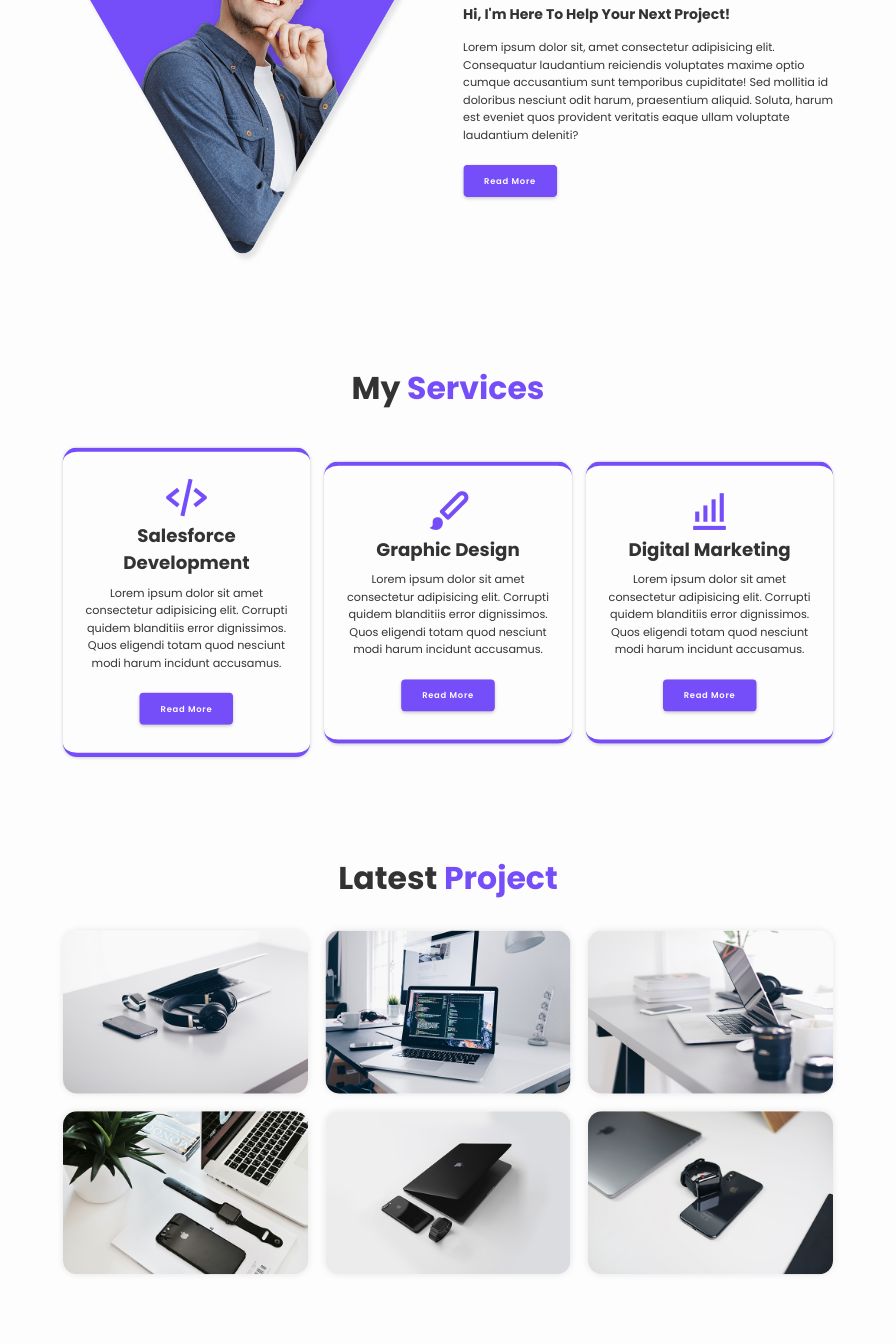
Repository: Gabi-Augusto/Portfolio
Page: index.html
The author's editor kept a copy of each file at every save. The page is drawn from the files as they stood at one save, then again after the next save.
The browser window is 1280 px wide. The pictures show the part of the page from y = 989 to 2909 px (the page is 2909 px tall), at 70% of full size.
The pointer rests on the first visible `.portfolio-box`.

Above is the page before, as saved 2023-11-29 19:23:45.

### index.html
<!DOCTYPE html>
<html lang="en">

<head>
    <meta charset="UTF-8">
    <meta http-equiv="X-UA-Compatible" content="IE=edge">
    <meta name="viewport" content="width=device-width, initial-scale=1.0">
    <title>Portfolio Website Design | Gabriela Augusto</title>

    <!-- swiper css -->
    <link rel="stylesheet" href="https://cdn.jsdelivr.net/npm/swiper@9/swiper-bundle.min.css" />

    <!-- box icons -->
    <link href='https://unpkg.com/boxicons@2.1.4/css/boxicons.min.css' rel='stylesheet'>

    <!-- custom css -->
    <link rel="stylesheet" href="css/style.css">
</head>

<body>

    <!-- header design -->
    <header class="header">
        <a href="#" class="logo">Portfolio.</a>

        <nav class="navbar">
            <a href="#home" class="active">Home</a>
            <a href="#about">About</a>
            <a href="#services">Services</a>
            <a href="#portfolio">Portfolio</a>
            <a href="#contact">Contact</a>
        </nav>

        <div class="bx bx-moon" id="darkMode-icon"></div>
    </header>

    <!-- home section design -->
    <section class="home" id="home">
        <div class="home-content">
            <h3>Hello, I am</h3>
            <h1>Gabriela Augusto</h1>
            <p>Lorem ipsum, dolor sit amet consectetur adipisicing elit. Veritatis sequi amet numquam sunt eius quae deleniti dolore voluptatum.</p>

            <div class="social-media">
                <a href="#"><i class='bx bxl-instagram-alt'></i></a>
                <a href="#"><i class='bx bxl-linkedin' ></i></a>
                <a href="#"><i class='bx bxl-github' ></i></a>
            </div>

            <a href="#" class="btn">Download CV</a>
        </div>

        <div class="profession-container">
            <div class="profession-box">
                <div class="profession" style="--i:0;">
                    <i class='bx bx-cloud'></i>
                    <h3>Salesforce Developer</h3>
                </div>
                <div class="profession" style="--i:1;">
                    <i class='bx bx-bulb'></i>
                    <h3>Business Analyst</h3>
                </div>
                <div class="profession" style="--i:2;">
                    <i class='bx bx-palette'></i>
                    <h3>Web Designer</h3>
                </div>
                <div class="profession" style="--i:3;">
                    <i class='bx bx-code-alt' ></i>
                    <h3>FullStack Developer</h3>
                </div>
                <div class="circle"></div>
            </div>
            <div class="overlay"></div>
        </div>
        <div class="home-img">
            <img src="imagens/home.png" alt="">
        </div>
    </section>

    <!-- about section design -->

    <section class="about" id="about">
        <div class="about-img">
            <img src="imagens/about.png" alt="">
        </div>

        <div class="about-content">
            <h2 class="heading">About <span>Me</span></h2>
            <h3>Hi, I'm Here To Help Your Next Project!</h3>
            <p>Lorem ipsum dolor sit, amet consectetur adipisicing elit. Consequatur laudantium reiciendis voluptates maxime optio cumque accusantium sunt temporibus cupiditate! Sed mollitia id doloribus nesciunt odit harum, praesentium aliquid. Soluta, harum est eveniet quos provident veritatis eaque ullam voluptate laudantium deleniti?</p>
            <a href="#" class="btn">Read More</a>
        </div>
    </section>

    <!-- services section design -->

    <section class="services" id="services">
        <h2 class="heading">My <span>Services</span></h2>

        <div class="services-container">
            <div class="services-box">
                <i class='bx bx-code-alt' ></i>
                <h3>Salesforce Development</h3>
                <p>Lorem ipsum dolor sit amet consectetur adipisicing elit. Corrupti quidem blanditiis error dignissimos. Quos eligendi totam quod nesciunt modi harum incidunt accusamus.</p>
                <a href="#" class="btn">Read More</a>
            </div>
            <div class="services-box">
                <i class='bx bxs-paint'></i>
                <h3>Graphic Design</h3>
                <p>Lorem ipsum dolor sit amet consectetur adipisicing elit. Corrupti quidem blanditiis error dignissimos. Quos eligendi totam quod nesciunt modi harum incidunt accusamus.</p>
                <a href="#" class="btn">Read More</a>
            </div>
            <div class="services-box">
                <i class='bx bx-bar-chart-alt'></i>
                <h3>Digital Marketing</h3>
                <p>Lorem ipsum dolor sit amet consectetur adipisicing elit. Corrupti quidem blanditiis error dignissimos. Quos eligendi totam quod nesciunt modi harum incidunt accusamus.</p>
                <a href="#" class="btn">Read More</a>
            </div>
        </div>
    </section>

    <!-- portfolio section design -->

    <section class="portfolio" id="portfolio">
        <h2 class="heading">Latest <span>Project</span></h2>

        <div class="portfolio-container">
            <div class="portfolio-box">
                <img src="imagens/portfolio1.jpg" alt="">

                <div class="portfolio-layer">
                    <h4>Web Desing</h4>
                    <p>Lorem ipsum dolor sit amet consectetur adipisicing elit. Asperiores, ut possimus!</p>
                    <a href="#"><i class='bx bx-link-external' ></i></a>
                </div>
            </div>

            <div class="portfolio-box">
                <img src="imagens/portfolio2.jpg" alt="">

                <div class="portfolio-layer">
                    <h4>Web Desing</h4>
                    <p>Lorem ipsum dolor sit amet consectetur adipisicing elit. Asperiores, ut possimus!</p>
                    <a href="#"><i class='bx bx-link-external' ></i></a>
                </div>
            </div>

            <div class="portfolio-box">
                <img src="imagens/portfolio3.jpg" alt="">

                <div class="portfolio-layer">
                    <h4>Web Desing</h4>
                    <p>Lorem ipsum dolor sit amet consectetur adipisicing elit. Asperiores, ut possimus!</p>
                    <a href="#"><i class='bx bx-link-external' ></i></a>
                </div>
            </div>

            <div class="portfolio-box">
                <img src="imagens/portfolio4.jpg" alt="">

                <div class="portfolio-layer">
                    <h4>Web Desing</h4>
                    <p>Lorem ipsum dolor sit amet consectetur adipisicing elit. Asperiores, ut possimus!</p>
                    <a href="#"><i class='bx bx-link-external' ></i></a>
                </div>
            </div>

            <div class="portfolio-box">
                <img src="imagens/portfolio5.jpg" alt="">

                <div class="portfolio-layer">
                    <h4>Web Desing</h4>
                    <p>Lorem ipsum dolor sit amet consectetur adipisicing elit. Asperiores, ut possimus!</p>
                    <a href="#"><i class='bx bx-link-external' ></i></a>
                </div>
            </div>

            <div class="portfolio-box">
                <img src="imagens/portfolio6.jpg" alt="">

                <div class="portfolio-layer">
                    <h4>Web Desing</h4>
                    <p>Lorem ipsum dolor sit amet consectetur adipisicing elit. Asperiores, ut possimus!</p>
                    <a href="#"><i class='bx bx-link-external' ></i></a>
                </div>
            </div>

        </div>
    </section>

    <!-- testimonial design -->

    <!-- contact section design -->

    <!-- footer design -->


    <!-- scroll reveal -->
    <script src="https://unpkg.com/scrollreveal"></script>

    <!-- swiper js -->
    <script src="https://cdn.jsdelivr.net/npm/swiper@9/swiper-bundle.min.js"></script>

    <!-- custom js -->
    <script src="js/script.js"></script>
</body>

</html>

### css/style.css
@import url('https://fonts.googleapis.com/css2?family=Poppins:wght@300;400;500;600;700;800;900&display=swap');

* {
    margin: 0;
    padding: 0;
    box-sizing: border-box;
    text-decoration: none;
    border: none;
    outline: none;
    scroll-behavior: smooth;
    font-family: 'Poppins', sans-serif;
}

:root {
    --bg-color: #fdfdfd;
    --text-color: #333;
    --main-color: #754ef9;
    --white-color: #fdfdfd;
    --shadow-color: rgba(0, 0, 0, .2);
}

html {
    font-size: 62.5%;
    overflow-x: hidden;
}

body {
    background: var(--bg-color);
    color: var(--text-color);
}

.header {
    position: fixed;
    top: 0;
    left: 0;
    width: 100%;
    padding: 2rem 7%;
    background: transparent;
    display: flex;
    align-items: center;
    z-index: 100;
    transition: .5s;
}

.header.sticky {
    background: var(--bg-color);
    box-shadow: 0 .1rem 1rem var(--shadow-color);
}

.logo {
    font-size: 2.5rem;
    color: var(--main-color);
    font-weight: 600;
    cursor: default;
    margin-right: auto;
}

.navbar a {
    position: relative;
    font-size: 1.7rem;
    color: var(--white-color);
    font-weight: 500;
    margin-right: 3.5rem;
}

.header.sticky .navbar a {
    color: var(--text-color);
}

.header.sticky .navbar a.active {
    color: var(--main-color);
}

.navbar a.active::before{
    content: '';
    position: absolute;
    left: 0;
    bottom: -6px;
    width: 100%;
    height: .2rem;
    background: var(--white-color);
}

.header.sticky .navbar a::before {
    background: var(--main-color);
    opacity: .7;
}

#darkMode-icon {
    font-size: 2.4rem;
    color: var(--white-color);
    cursor: pointer;
}

.header.sticky #darkMode-icon{
    color: var(--text-color);
    opacity: .9;
}

section {
    min-height: 100vh;
    padding: 7rem 7% 2rem;
}

.home {
    display: flex;
    align-items: center;
}

.home .home-content {
    max-width: 44rem;
}

.home-content h3 {
    font-size: 3.2rem;
    font-weight: 700;
    line-height: .3;
}

.home-content h1 {
    font-size: 4.8rem;
    font-weight: 700;
    margin-bottom: .3rem;
}

.home-content p {
    font-size: 1.6rem;
}

.home-content .social-media a {
    display: inline-flex;
    justify-content: center;
    align-items: center;
    width: 4rem;
    height: 4rem;
    background: transparent;
    border: .2rem solid var(--main-color);
    border-radius: 50%;
    box-shadow: 0 .2rem .5rem  var(--shadow-color);
    font-size: 2rem;
    color: var(--main-color);
    margin: 2.5rem 1.5rem 3rem 0;
    transition: .5s ease;
}

.home-content .social-media a:hover {
    background: var(--main-color);
    color: var(--white-color);
}

.btn {
    display: inline-block;
    padding: 1.2rem 2.8rem;
    background: var(--main-color);
    border-radius: .6rem;
    box-shadow: 0 .2rem .5rem var(--shadow-color);
    font-size: 1.2rem;
    color: var(--white-color);
    letter-spacing: .1rem;
    font-weight: 600;
    border: .2rem solid transparent;
    transition: .5s ease;
}

.btn:hover {
    background: transparent;
    color: var(--main-color);
    border-color: var(--main-color);
}

.home .profession-container {
    position: absolute;
    top: 48%;
    right: 30px;
    transform: translateY(-50%);
    width: 680px;
    height: 680px;
    overflow: hidden;
    pointer-events: none;
}

.home .profession-container .profession-box {
    position: absolute;
    top: 0;
    right: 0;
    width: 680px;
    height: 680px;
    border-radius: 50%;
    display: flex;
    justify-content: center;
    align-items: center;
}

.home .profession-box .profession {
    position: absolute;
    left: 0;
    display: flex;
    align-items: center;
    flex-direction: column;
    color: var(--main-color);
    transform: rotate(calc(360deg / 4 * var(--i)));
    transform-origin: 340px;
    background: var(--bg-color);
    padding: 13px 0;
}

.home .profession-box .profession:nth-child(1) i {
    margin-right: 15px;
}

.home .profession-box .profession:nth-child(2),
.home .profession-box .profession:nth-child(4) {
    padding-bottom: 20px;
}

.home .profession i {
    font-size: 3.8rem;
}

.home .profession h3 {
    font-size: 2.4rem;
    line-height: 1;
    font-weight: 600;
}

.home .profession-box .circle {
    width: 520px;
    height: 520px;
    border: 3px solid var(--main-color);
    border-radius: 50%;
}

.home .profession-container .overlay {
    position: absolute;
    top: 0;
    right: 0;
    width: 0;
    height: 0;
    border-top: 340px solid var(--main-color);
    border-right: 340px solid var(--main-color);
    border-bottom: 340px solid var(--main-color);
    border-left: 340px solid transparent;
}

.home-img img {
    position: absolute;
    bottom: 0;
    top: 83px;
    right: 70px;
    width: 29%;
    pointer-events: none;
}

span {
    color: var(--main-color);
}

.about {
    display: flex;
    justify-content: center;
    align-items: center;
    gap: 6rem;
}

.about-img img {
    width: 40vw;
}

.heading {
    font-size: 4.5rem;
    text-align: center;
}

.about-content h2 {
    text-align: left;
    line-height: 1.2;
}

.about-content h3 {
    font-size: 2rem;
}

.about-content p {
    font-size: 1.6rem;
    margin: 2rem 0 3rem;
}

.services {
    min-height: auto;
    padding-bottom: 7rem;
}

.services h2 {
    margin-bottom: 5rem;
}

.services .services-container {
    display: flex;
    justify-content: center;
    align-items: center;
    flex-wrap: wrap;
    gap: 2rem;
}

.services-container .services-box {
    flex: 1 1 30rem;
    background: var(--bg-color);
    padding: 3rem 2rem 4rem;
    border-radius: 2rem;
    box-shadow: 0 .1rem .5rem var(--shadow-color);
    text-align: center;
    border-top: .6rem solid var(--main-color);
    border-bottom: .6rem solid var(--main-color);
    transition: .5s ease;
}

.services-container .services-box:hover {
    box-shadow: 0 .1rem 2rem var(--shadow-color);
    transform: scale(1.02);
}

.services-box i {
    font-size: 7rem;
    color: var(--main-color);
}

.services-box h3 {
    font-size: 2.6rem;
    transition: .5s ease;
}

.services-box:hover h3 {
    color: var(--main-color);
}

.services-box p {
    font-size: 1.6rem;
    margin: 1rem 0 3rem;
}

.portfolio {
    padding-bottom: 10rem;
}

.portfolio h2 {
    margin-bottom: 4rem;
}

.portfolio .portfolio-container {
    display: grid;
    grid-template-columns: repeat(3, 1fr);
    align-items: center;
    gap: 2.5rem;
}

.portfolio-container .portfolio-box{
    position: relative;
    display: flex;
    border-radius: 2rem;
    box-shadow: 0 0 1rem rgba(0, 0, 0, .1);
    overflow: hidden;
}

.portfolio-box img {
    width: 100%;
}

.portfolio-box .portfolio-layer {
    position: absolute;
    bottom: 0;
    left: 0;
    width: 100%;
    height: 100%;
    background: linear-gradient(rgba(0, 0, 0, .1), var(--main-color));
    color: var(--white-color);
    display: flex;
    justify-content: center;
    align-items: center;
    flex-direction: column;
    text-align: center;
    padding: 0 4rem;
    opacity: 0;
}

.portfolio-layer h4 {
    font-size: 3rem;
}

.portfolio-layer p {
    font-size: 1.6rem;
    margin: .3rem 0 1rem;
}

.portfolio-layer a {
    display: inline-flex;
    justify-content: center;
    align-items: center;
    width: 5rem;
    height: 5rem;
    background: var(--white-color);
    border-radius: 50%;
}

.portfolio-layer a i {
    font-size: 2rem;
    color: #333;
}

### js/script.js
/*========== menu icon navbar ==========*/
let menuIcon = document.querySelector('#menu-icon');
let navbar = document.querySelector('.navbar');


/*========== scroll sections active link ==========*/
let sections = document.querySelectorAll('section');
let navLinks = document.querySelectorAll('header nav a');

window.onscroll = () => {
    /*========== sticky navbar ==========*/
    let header = document.querySelector('.header');

    header.classList.toggle('sticky', window.scrollY > 100);
    /*========== remove menu icon navbar when click navbar link (scroll) ==========*/
};


/*========== swiper ==========*/


/*========== dark light mode ==========*/


/*========== scroll reveal ==========*/

After the next save:
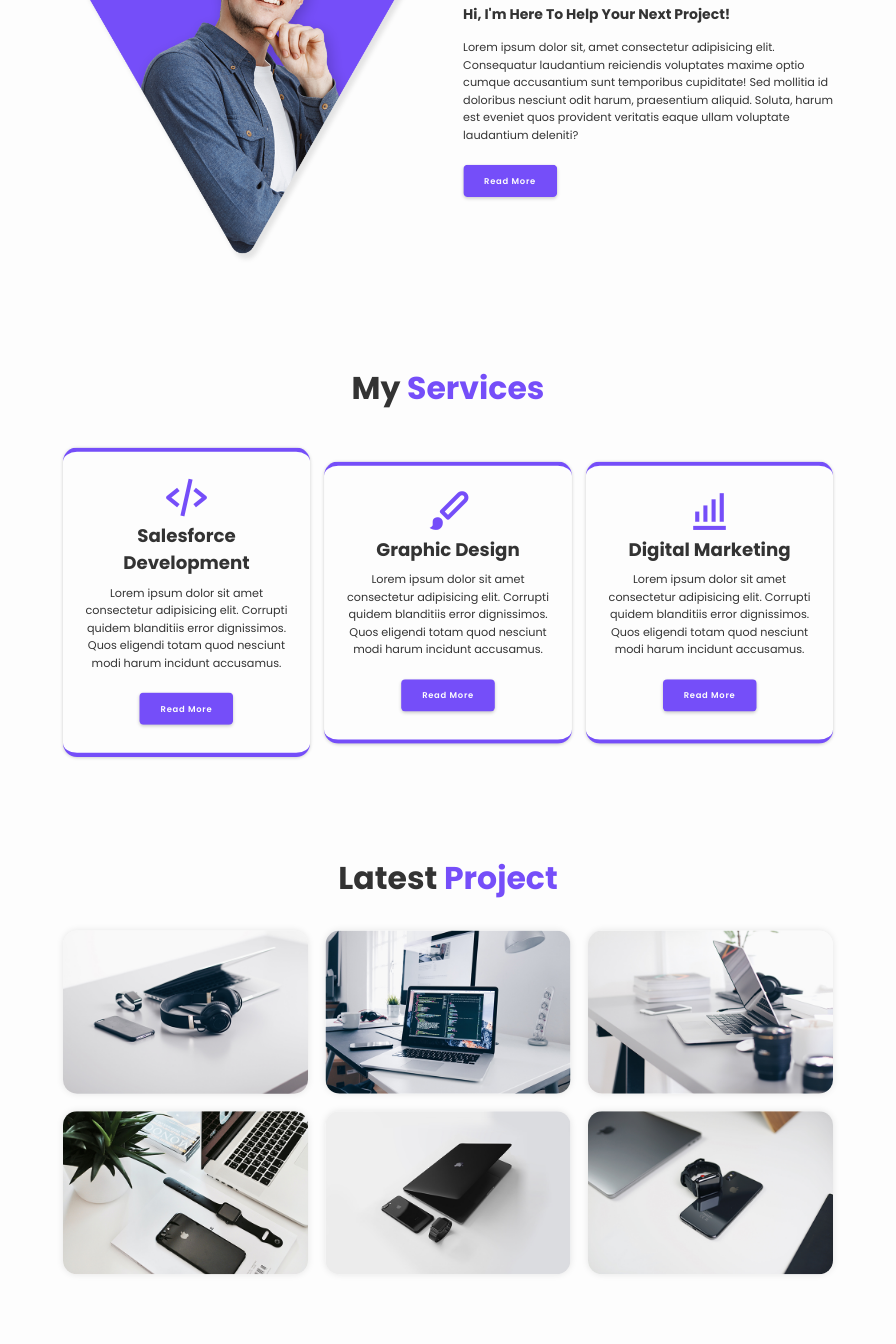
Saved 50 s later.
--- a/css/style.css
+++ b/css/style.css
@@ -365,6 +365,10 @@ span {
     width: 100%;
 }
 
+.portfolio-box:hover img {
+    transform: scale(1.1);
+}
+
 .portfolio-box .portfolio-layer {
     position: absolute;
     bottom: 0;
